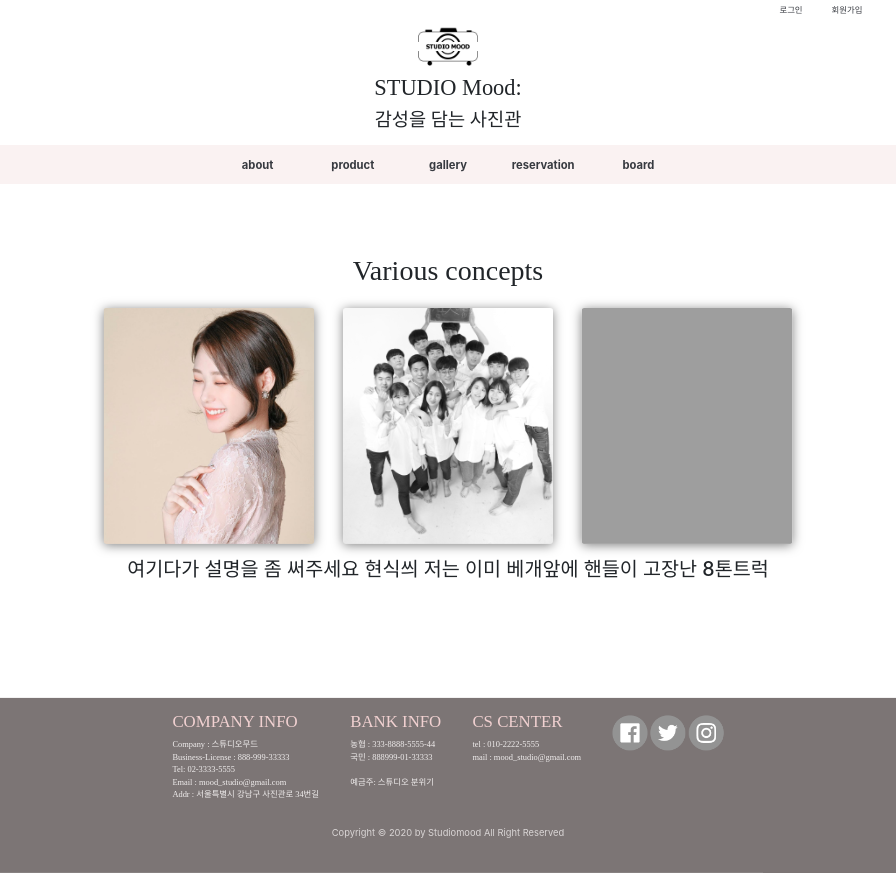
Repository: seugju/HSDsemi
Page: http://localhost/studioMood/views/product/product.jsp
An editor plug-in stored every save of this project. The page is shown before and after the next save, followed by the edit.
The browser window is 1280 px wide. The pictures show the whole page, at 70% of full size.
Pictures or frames that could not be fetched are drawn as grey boxes. Some web fonts or font styles are not loaded; a fallback is used. The page is served by Tomcat 9. Other server files are loaded and not shown.

Above is the page before, as saved 2020-12-02 16:51:18.

### project-workspace/studioMood/WebContent/views/product/product.jsp
<%@ page language="java" contentType="text/html; charset=UTF-8"
    pageEncoding="UTF-8"%>
<!DOCTYPE html PUBLIC "-//W3C//DTD HTML 4.01 Transitional//EN" "http://www.w3.org/TR/html4/loose.dtd">
<html>
<head>
<meta http-equiv="Content-Type" content="text/html; charset=UTF-8">
<title>Insert title here</title>
<link rel="preconnect" href="https://fonts.gstatic.com">
<link href="https://fonts.googleapis.com/css2?family=Sansita+Swashed:wght@600&display=swap" rel="stylesheet">
</head>
<style>
	@import url('https://fonts.googleapis.com/css?family=Open+Sans');




.text-center {
	text-align: center;


}
.text-center-div{
font-family: 'Sansita Swashed', cursive;
}

.pricing-box-container {
	display: flex;
	align-items: center;
	justify-content: center;
	flex-wrap: wrap;
}

.pricing-box {
	background-color: #ffffff;
	box-shadow: 0px 2px 15px 0px rgba(0,0,0,0.5);
	border-radius: 4px;
	flex: 1;
	padding: 0 30px 30px;
	margin: 2%;
	min-width: 250px;
	max-width: 350px;
}

.pricing-box h5 {
	text-transform: uppercase;
}

.price {
	margin: 24px 0;
	font-size: 36px;
	font-weight: 900;
}

.price sub, .price sup {
	font-size: 16px;
	font-weight: 100;
}

.features-list {
	padding: 0;
	list-style-type: none;
}

.features-list li {
	font-weight: 100;
	padding: 12px 0;
	font-weight: 100;
}

.features-list li:not(:last-of-type) {
	border-bottom: 1px solid rgba(0, 0, 0, 0.1);
}

.btn-primary {
	border-radius: 25px;
	border: none;
	background-color: #EC1362;
	color: #ffffff;
	cursor: pointer;
	padding: 10px 15px;
	margin-top: 20px;
	text-transform: uppercase;
	transition: all 0.1s ease-in-out;
}

.btn-primary:hover {
	box-shadow: 0px 2px 15px 0px rgba(0,0,0,0.5);
	transform: translateY(-3px);
}

.pricing-box-bg-image {
	background-image: url('');
	background-size: cover;
	background-position: center center;
	color: #ffffff;
}

.pricing-box-bg-image .features-list li {
	border-bottom-color: rgba(255, 255, 255, 1);
}

.pricing-box-bg-image .btn-primary {
	background-color: #ffffff;
	color: #000;
}


.explain-product{
	width:100%;
	height:100px;
	text-align:center;
}

.explain-content{
	width:80vw;
	height:auto;
	padding-top:100px;
	padding-bottom:100px;
	margin-top:100px;
	margin-bottom:100px;
	margin:0 auto;

}


.pricing-box{
	-webkit-transition: all 0.4s ease-in-out;
  transition: all 0.4s ease-in-out;

}
.opacity-div p,h5{
	opacity:0;
}
.opacity-div ul{
	opacity:0;
}
#indiv{
padding:0px;
background-image: url('/img/indivisual.jpg');
	background-size: cover;
   background-position: center center;
}
#group{
padding:0px;
background-image: url('/img/GROUP_PICTURE.jpg');
	background-size: cover;
   background-position: center center;
}
#body{
padding:0px;
background-image: url('/img/BODY_PROFILE.png');
	background-size: cover;
   background-position: center center;
}
.pricing-box:hover h5{
	opacity:1;
}
.pricing-box:hover p{
	opacity:1;
}
.pricing-box:hover ul{
	opacity:1;
}
.opacity-div{

	width:100%;
	height:337px;
	color: black;
}
#indiv:hover .opacity-div{
	background-color: rgba(169,169,169,0.7);
}
#group:hover .opacity-div{
	background-color: rgba(169,169,169,0.7);
}
#body:hover .opacity-div{
	background-color: rgba(169,169,169,0.7);
}
</style>
<body>
<%@ include file="/WEB-INF/views/common/header.jsp" %>

<div class="explain-content">
	<div class="text-center-div">
	<h1 class="text-center">Various concepts</h1>
	</div>
<div class="pricing-box-container">
	<div id="indiv" class="pricing-box text-center">
	<div class="opacity-div">
		<h5>개인프로필</h5>
		<p class="price"><sup>₩</sup>0<sub>/mo</sub></p>
		<ul class="features-list">
			<li><strong>1</strong> Project</li>
			<li><strong>5</strong> Team Members</li>
			<li><strong>50</strong> Personal Projects</li>
			<li><strong>5,000</strong> Messages</li>
		</ul>
		</div>
	</div>

	<div id="group" class="pricing-box text-center">
	<div class="opacity-div">
		<h5>단체프로필</h5>
		<p class="price"><sup>₩</sup>10000</p>
		<ul class="features-list">
			<li><strong>1</strong> Project</li>
			<li><strong>5</strong> Team Members</li>
			<li><strong>50</strong> Personal Projects</li>
			<li><strong>5,000</strong> Messages</li>
		</ul>
		</div>
	</div>

	<div id="body" class="pricing-box text-center">
	<div class="opacity-div">
		<h5>바디프로필</h5>
		<p class="price"><sup>₩</sup>89<sub>/mo</sub></p>
		<ul class="features-list">
			<li><strong>25</strong> Project</li>
			<li><strong>50</strong> Team Members</li>
			<li><strong>500</strong> Personal Projects</li>
			<li><strong>50,000</strong> Messages</li>
		</ul>

	</div>
	</div>
	<div class="explain-product">
		<h3>여기다가 설명을 좀 써주세요 현식씌  저는 이미 베개앞에 핸들이 고장난 8톤트럭 </h3>
	</div>
</div>

</div>
<%@ include file="/WEB-INF/views/common/footer.jsp" %>
</body>

</html>

### project-workspace/studioMood/WebContent/WEB-INF/views/common/header.jsp
<%@page import="member.model.vo.Member"%>
<%@ page language="java" contentType="text/html; charset=UTF-8"
    pageEncoding="UTF-8"%>
    <%
    	Member m = (Member)session.getAttribute("loginMember");
    %>
<!DOCTYPE html PUBLIC "-//W3C//DTD HTML 4.01 Transitional//EN" "http://www.w3.org/TR/html4/loose.dtd">
<html>
<head>
<meta http-equiv="Content-Type" content="text/html; charset=UTF-8">
<title>Insert title here</title>

<script type="text/javascript" src="http://code.jquery.com/jquery-3.3.1.js"></script>
    <link rel="stylesheet" href="https://maxcdn.bootstrapcdn.com/bootstrap/4.5.2/css/bootstrap.min.css">
    <script src="https://ajax.googleapis.com/ajax/libs/jquery/3.5.1/jquery.min.js"></script>
    <script src="https://cdnjs.cloudflare.com/ajax/libs/popper.js/1.16.0/umd/popper.min.js"></script>
    <script src="https://maxcdn.bootstrapcdn.com/bootstrap/4.5.2/js/bootstrap.min.js"></script>

     <style>
    	 @font-face {
            font-family: 'S-CoreDream-4Regular';
            src: url('https://cdn.jsdelivr.net/gh/projectnoonnu/noonfonts_six@1.2/S-CoreDream-4Regular.woff') format('woff');
            font-weight: normal;
            font-style: normal;
        }

		@font-face {
		    font-family: 'Cafe24Danjunghae';
		    src: url('https://cdn.jsdelivr.net/gh/projectnoonnu/noonfonts_twelve@1.1/Cafe24Danjunghae.woff') format('woff');
		    font-weight: normal;
		    font-style: normal;
		}

		@font-face {
		    font-family: 'KCC-eunyoung';
		    src: url('https://cdn.jsdelivr.net/gh/projectnoonnu/noonfonts_one@1.0/KCC-eunyoung-Regular.woff') format('woff');
		    font-weight: normal;
		    font-style: normal;
		}
        header{
            width: 100vw;
            z-index: 0;
        }

        .navbar {
            display: block;
            background-color: #faf2f2;
            margin: 0 auto;
            z-index : 2;
        }

        .logo {
            margin: 0 auto;
            width: 500px;
            text-align: center;
        }
        .logo >h2{
         	font-family: 'Cafe24Danjunghae';
         }

        .logo>p{
        	 font-family: 'KCC-eunyoung';
        	 font-size: 20pt;
        }

        .navi-menu,
        .navi-menu-top {
            /* menu ul */
            list-style: none;
            text-align: center;

        }

        .navi-menu-top {
            float: right;
        }

        .navi-menu {
            margin: 0 auto;
            width: 680px;
            height: 40px;
        }

        .navi-menu>li {
            width: 125px;
            margin: 0 auto;
        }

        .navi-menu li>a {
            width: 100%;
            height: 30px;
            box-sizing: border-box;
            text-align: center;
            display: block;
            float: left;
        }
        .nav-link {
            color: #373a40;
            font-weight: bold;

        }
        .nav-link:hover{
        	color:#f1d1d1  ;
        }


        .navi-menu-top {
            display: inline-block;
        }

        .nav-top {
     	   	font-family: 'S-CoreDream-4Regular';
            width: 1200px;
            float: right;
            padding-right: 30px;
        }

        .navi-menu-top li {
            width: 80px;
            height: 30px;
            float: left;
        }

        .navi-menu-top li>a {
            width: 100%;
            height: 100%;
            display: inline-block;
            font-size: 9pt;
            line-height: 30px;
            color: #373a40;
        }
        .subMenu {
            margin-top: 10px;
            padding: 0;
            list-style-type: none;
            display :none;
             z-index : 1;
        }

		.subMenu>li {
            background-color: rgba(250,242,242,0.8);
        }

        .subMenu li>a {
            margin: 0;
            padding: 0;
            font-size: 10pt;
            display: inline-block;
            width: 125px;
            float: none;
            color: #373a40;

            /*transition-duration: 1s;*/
        }

        .subMenu>li:first-child>a {
            margin-top: 20px;
       	 }

           a{
		      text-decoration: none;
		      color:black;
		   }
		   a:hover{
		      text-decoration: none;
		      color:#e6d1d8;
		   }

        .subMenu{
            margin: 0;
            padding: 0;
            list-style-type: none;
            transition-duration: 2s;
        }
        .subMenu li>a{
            margin: 0;
            padding: 0;
            display: inline-block;
            width: 125px;
            float: none;
        }
        .subMenu>li:first-child>a {
            margin-top: 30px;
        }
        .subMenu li>a:hover {
       		color:#968c83;
           font-weight: bold;
        }

    </style>

        <script>
         $(document).ready(function() {
            var subMenu = $(".subMenu");
            subMenu.hide();
            var navMenu = $(".navi-menu>li>a");
            var idx = navMenu.index();

             $(".navi-menu>li>a").click(function() {
                $(this).next().stop().slideToggle(300);
            });


        });


    </script>
</head>
<body>

     <div class="nav-top">
     <%if(m != null) { //로그인 된 상태%>
     	<ul class="navbar-nav navi-menu-top" id="login-nav">
            <li>
                <a class="nav-top-link" href="/logout">로그아웃</a>
            </li>
            <li>
            <%if(m.getMemberLevel() == 0) {%>
                <a class="nav-top-link" href="/adminPage">관리자페이지</a>
            <%}else{ %>
                <a class="nav-top-link" href="/myPage?memberId=<%=m.getMemberId()%>">마이페이지</a>
            <%} %>
            </li>
        </ul>
     <%}else { %>
     	<ul class="navbar-nav navi-menu-top" id="logout-nav">
            <li>
                <a class="nav-top-link" href="/views/member/login.jsp">로그인</a>
            </li>
            <li>
                <a class="nav-top-link" href="/views/member/join.jsp">회원가입</a>
            </li>
        </ul>
     <%} %>
    </div>

    <div class="container-fluid">
        <br>
        <div class="logo">
            <img src="/img/logo.png" width="100px;" onclick="location.href = '/'">
            <h2>STUDIO Mood:</h2>
            <p>감성을 담는 사진관 </p>
        </div>
    </div>

   <nav class="navbar navbar-expand-sm sticky-top">
        <ul class="navbar-nav navi-menu">
            <li class="nav-item">
                <a class="nav-link" href="#">about</a>

                <ul class="subMenu">
                    <li><a class="nav-link sub-nav-item" href="/about">studio 'mood'</a></li>

                </ul>
            </li>
            <li class="nav-item">
                <a class="nav-link" href="/views/product/product.jsp">product</a>
            </li>
            <li class="nav-item">
                <a class="nav-link" href="#">gallery</a>
                <ul class="subMenu">
                    <li><a class="nav-link sub-nav-item" href="#">개인프로필</a></li>
                    <li><a class="nav-link sub-nav-item" href="#">바디프로필</a></li>
                    <li><a class="nav-link sub-nav-item" href="#">단체프로필</a></li>
                </ul>
            </li>
            <li class="nav-item">
                <a class="nav-link" href="#">reservation</a>
                <ul class="subMenu">
                    <li><a class="nav-link sub-nav-item" href="/test">예약</a></li>
                    <li><a class="nav-link sub-nav-item" href="/searchReserve">예약확인</a></li>
                </ul>
            </li>
            <li class="nav-item">
                <a class="nav-link" href="#">board</a>
                <ul class="subMenu">
                    <li><a class="nav-link sub-nav-item" href="/noticeList?reqPage=1">공지사항</a></li>
                    <li><a class="nav-link sub-nav-item" href="/qnaList?reqPage=1">QnA</a></li>
                    <li><a class="nav-link sub-nav-item" href="/postList?reqPage=1">후기</a></li>
                    <li><a class="nav-link sub-nav-item" href="/faqList?reqPage=1">FAQ</a></li>
                </ul>
            </li>
        </ul>
    </nav>


</body>
</html>

### project-workspace/studioMood/WebContent/WEB-INF/views/common/footer.jsp
<%@ page language="java" contentType="text/html; charset=UTF-8"
    pageEncoding="UTF-8"%>
<!DOCTYPE html PUBLIC "-//W3C//DTD HTML 4.01 Transitional//EN" "http://www.w3.org/TR/html4/loose.dtd">
<html>
<head>
<meta http-equiv="Content-Type" content="text/html; charset=UTF-8">
<title>Insert title here</title>

<style>
		 @font-face {
            font-family: 'S-CoreDream-4Regular';
            src: url('https://cdn.jsdelivr.net/gh/projectnoonnu/noonfonts_six@1.2/S-CoreDream-4Regular.woff') format('woff');
            font-weight: normal;
            font-style: normal;
        }

        @font-face {
            font-family: 'S-CoreDream-5Medium';
            src: url('https://cdn.jsdelivr.net/gh/projectnoonnu/noonfonts_six@1.2/S-CoreDream-5Medium.woff') format('woff');
            font-weight: normal;
            font-style: normal;
        }
        .footer{
            background-color: rgb(124, 117, 117);
            text-align: center;

            height: 250px;
            margin: 0;
            padding: 0;
            z-index: 0;
        }
        .footerBox{
            margin: 20px;
            text-align: left;
            display: inline-block
        }
        .footerBox >h2{
       		font-family: 'S-CoreDream-5Medium';
            color: rgb(241, 209, 209);
            font-size: 18pt;
        }
        .footerBox>p{
        	font-family: 'S-CoreDream-4Regular';
        	font-size: 9pt;
            color: rgb(241, 238, 238);
        }
        .footer-top,
        .footer-bottom{
        	margin : 0 auto;
            width: 1198px;
        }
        .footer-bottom>p{
          color: rgba(241, 238, 238, 0.8);
          font-size: 10pt;
        }
        .icon{

        }
        .icon>img{

            width: 50px;
        }
    </style>
</head>
<body>
 <footer>
       <div class="footer">
           <div class="footer-top">
                <div class="footerBox company-info" width:310px;>
                <h2>COMPANY INFO</h2>
                <p>
                    Company : 스튜디오무드 <br>
                    Business-License : 888-999-33333<br>
                    Tel: 02-3333-5555<br>
                    Email : mood_studio@gmail.com<br>
                    Addr : 서울특별시 강남구 사진관로 34번길<br>
                </p>
            </div>
            <div class="footerBox bank-info" width:180px;>
                <h2>BANK INFO</h2>
                <p>
                    농협 : 333-8888-5555-44 <br>
                    국민 : 888999-01-33333<br><br>
                    예금주: 스튜디오 분위기<br><br>

                </p>
            </div>
            <div class="footerBox cs" width:230px;>
                <h2>CS CENTER</h2>
                <p>
                    tel : 010-2222-5555 <br>
                    mail : mood_studio@gmail.com<br><br><br><br>
                </p>
            </div>
           <div class="footerBox icon" width:130px;>
               <img src="/img/Facebook_1.png">
               <img src="/img/Twitter_1.png">
               <img src="/img/Instagram_1.png">
               <p><br><br><br><br></p>
           </div>
           </div>

            <div class="footer-bottom">
                <p>Copyright &copy; 2020 by Studiomood All Right Reserved</p>
            </div>

       </div>

   </footer>

</body>
</html>

After the next save:
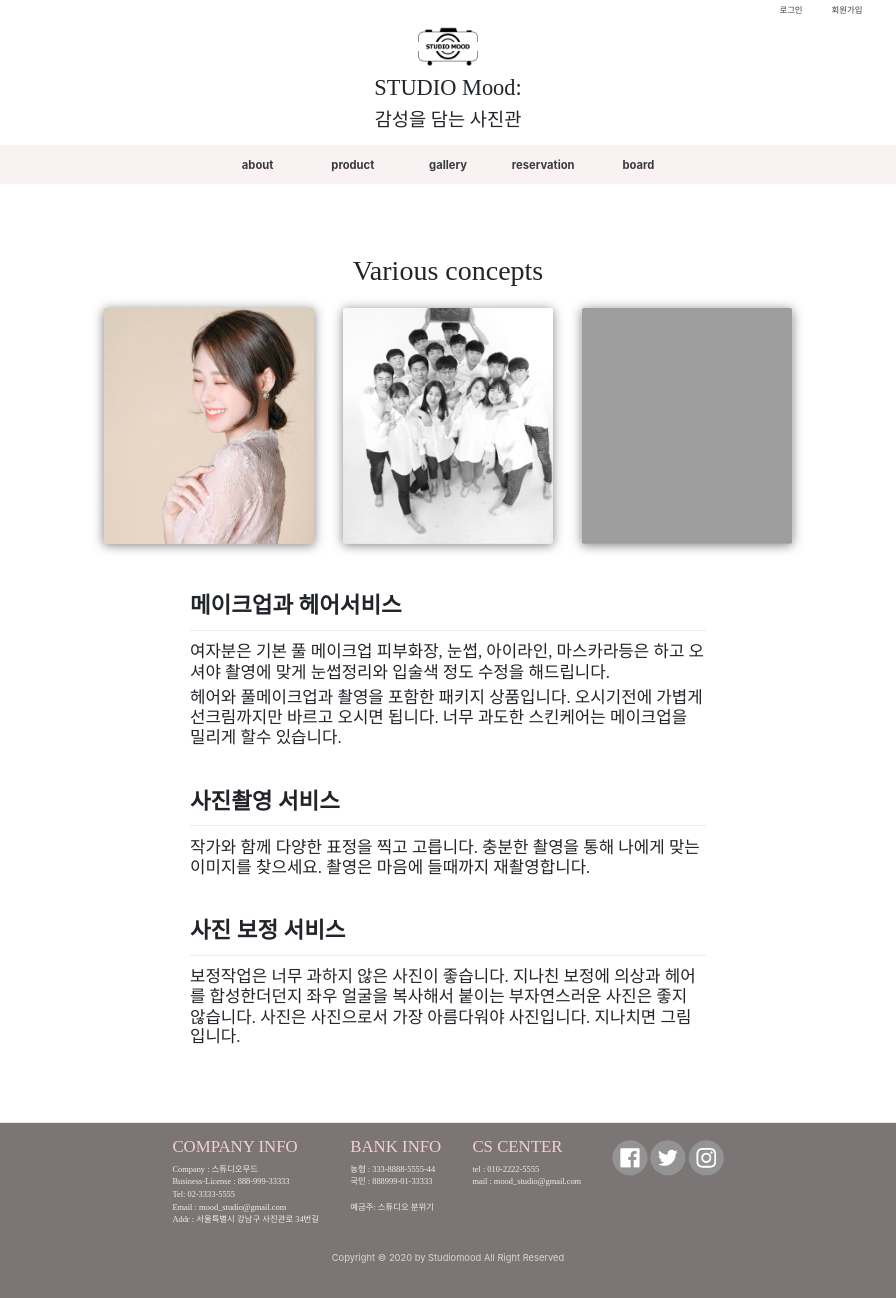
Saved 42 s later.
--- a/project-workspace/studioMood/WebContent/views/product/product.jsp
+++ b/project-workspace/studioMood/WebContent/views/product/product.jsp
@@ -7,6 +7,8 @@
 <title>Insert title here</title>
 <link rel="preconnect" href="https://fonts.gstatic.com">
 <link href="https://fonts.googleapis.com/css2?family=Sansita+Swashed:wght@600&display=swap" rel="stylesheet">
+<link rel="preconnect" href="https://fonts.gstatic.com">
+<link href="https://fonts.googleapis.com/css2?family=Nanum+Myeongjo&family=Noto+Serif+KR:wght@300;700&display=swap" rel="stylesheet">
 </head>
 <style>
 	@import url('https://fonts.googleapis.com/css?family=Open+Sans');
@@ -106,9 +108,16 @@ font-family: 'Sansita Swashed', cursive;
 
 
 .explain-product{
-	width:100%;
-	height:100px;
-	text-align:center;
+	width:72%;
+	height:auto;
+
+}
+.explain-product h2{
+	font-family: 'Noto Serif KR', serif;
+	font-weight:bolder;
+}
+.explain-product h4{
+	font-family: 'Nanum Myeongjo', serif;
 }
 
 .explain-content{
@@ -154,6 +163,7 @@ background-image: url('/img/BODY_PROFILE.png');
 }
 .pricing-box:hover h5{
 	opacity:1;
+	font-weight:bolder;
 }
 .pricing-box:hover p{
 	opacity:1;
@@ -162,7 +172,7 @@ background-image: url('/img/BODY_PROFILE.png');
 	opacity:1;
 }
 .opacity-div{
-
+	padding:20px;
 	width:100%;
 	height:337px;
 	color: black;
@@ -186,47 +196,62 @@ background-image: url('/img/BODY_PROFILE.png');
 	</div>
 <div class="pricing-box-container">
 	<div id="indiv" class="pricing-box text-center">
-	<div class="opacity-div">
-		<h5>개인프로필</h5>
-		<p class="price"><sup>₩</sup>0<sub>/mo</sub></p>
-		<ul class="features-list">
-			<li><strong>1</strong> Project</li>
-			<li><strong>5</strong> Team Members</li>
-			<li><strong>50</strong> Personal Projects</li>
-			<li><strong>5,000</strong> Messages</li>
-		</ul>
-		</div>
-	</div>
-
-	<div id="group" class="pricing-box text-center">
-	<div class="opacity-div">
-		<h5>단체프로필</h5>
-		<p class="price"><sup>₩</sup>10000</p>
-		<ul class="features-list">
-			<li><strong>1</strong> Project</li>
-			<li><strong>5</strong> Team Members</li>
-			<li><strong>50</strong> Personal Projects</li>
-			<li><strong>5,000</strong> Messages</li>
-		</ul>
-		</div>
-	</div>
-
-	<div id="body" class="pricing-box text-center">
-	<div class="opacity-div">
-		<h5>바디프로필</h5>
-		<p class="price"><sup>₩</sup>89<sub>/mo</sub></p>
-		<ul class="features-list">
-			<li><strong>25</strong> Project</li>
-			<li><strong>50</strong> Team Members</li>
-			<li><strong>500</strong> Personal Projects</li>
-			<li><strong>50,000</strong> Messages</li>
-		</ul>
-
-	</div>
-	</div>
-	<div class="explain-product">
-		<h3>여기다가 설명을 좀 써주세요 현식씌  저는 이미 베개앞에 핸들이 고장난 8톤트럭 </h3>
-	</div>
+   <div class="opacity-div">
+      <h5>개인프로필</h5>
+      <p class="price"><sup>₩</sup>5,000<sub>/건</sub></p>
+      <ul class="features-list">
+         <li>최소 <strong>1</strong> 시간</li>
+         <li>시안 <strong>1회</strong> 수정</li>
+         <li><strong>A</strong> Photographer</li>
+         <li><strong>Studio Mood:</strong> Exclusive</li>
+      </ul>
+      </div>
+   </div>
+
+   <div id="group" class="pricing-box text-center">
+   <div class="opacity-div">
+      <h5>단체프로필</h5>
+      <p class="price"><sup>₩</sup>15,000<sub>/건</sub></p>
+      <ul class="features-list">
+         <li>최소 <strong>2</strong> 시간</li>
+         <li>시안 <strong>3회</strong> 수정</li>
+         <li><strong>B</strong> Photographer</li>
+         <li><strong>Studio Mood:</strong> Exclusive</li>
+      </ul>
+      </div>
+   </div>
+
+   <div id="body" class="pricing-box text-center">
+   <div class="opacity-div">
+      <h5>바디프로필</h5>
+      <p class="price"><sup>₩</sup>10,000<sub>/건</sub></p>
+      <ul class="features-list">
+         <li>최소 <strong>1</strong> 시간</li>
+         <li>시안 <strong>2회</strong> 수정</li>
+         <li><strong>C</strong> Photographer</li>
+         <li><strong>Studio AAVEC</strong> Exclusive</li>
+      </ul>
+
+   </div>
+   </div>
+   <div class="explain-product">
+   <br><br>
+      <h2>메이크업과 헤어서비스</h2><hr>
+      <h4>여자분은 기본 풀 메이크업 피부화장, 눈썹, 아이라인, 마스카라등은 하고 오셔야 촬영에 맞게 눈썹정리와 입술색 정도 수정을 해드립니다.</h4>
+      <h4>헤어와 풀메이크업과 촬영을 포함한 패키지 상품입니다. 오시기전에 가볍게 선크림까지만 바르고 오시면 됩니다. 너무 과도한 스킨케어는 메이크업을 밀리게 할수 있습니다.</h4>
+  		<br>
+  		<br>
+  	 <h2>사진촬영 서비스</h2><hr>
+  	 <h4>작가와 함께 다양한 표정을 찍고 고릅니다.
+
+충분한 촬영을 통해 나에게 맞는 이미지를 찾으세요.
+
+촬영은 마음에 들때까지 재촬영합니다.</h4>
+<br><br>
+<h2>사진 보정 서비스</h2><hr>
+<h4>보정작업은 너무 과하지 않은 사진이 좋습니다.
+지나친 보정에 의상과 헤어를 합성한더던지 좌우 얼굴을 복사해서 붙이는 부자연스러운 사진은 좋지 않습니다. 사진은 사진으로서 가장 아름다워야 사진입니다. 지나치면 그림입니다.</h4>
+   </div>
 </div>
 
 </div>
